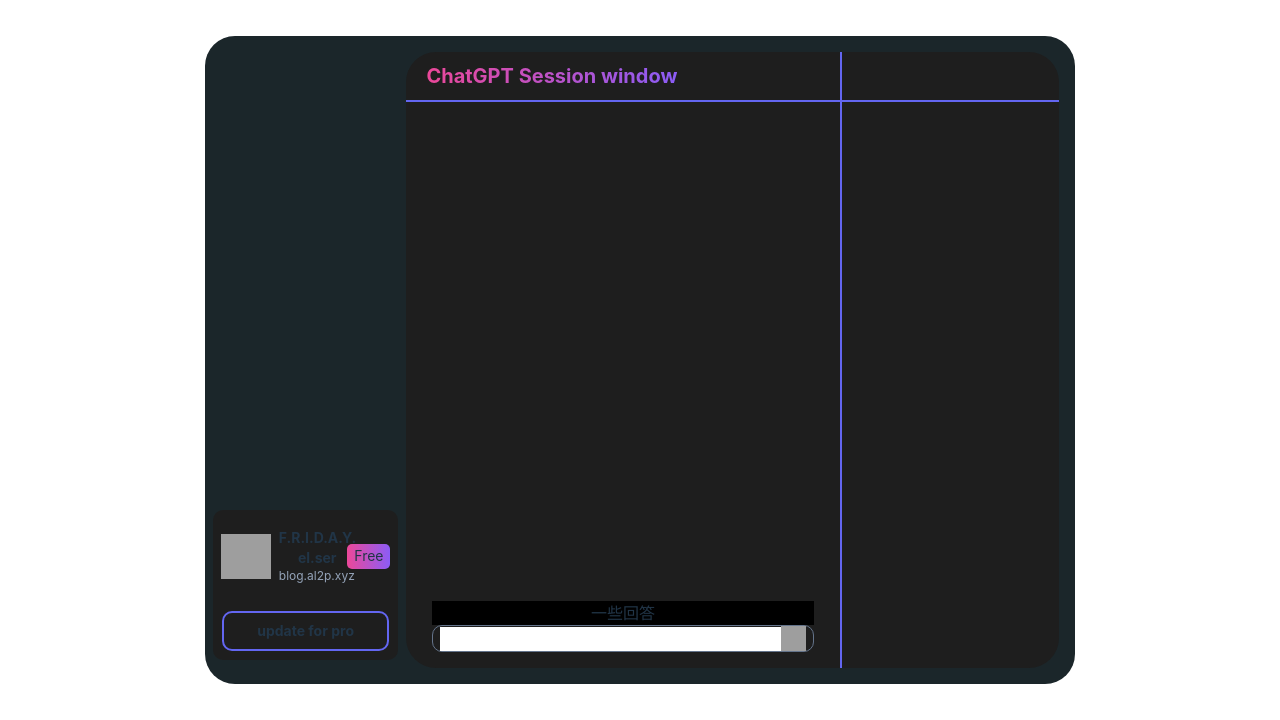
Repository: yezhonghu0503/chatgpt-vue-lac
Page: /
These files come from the project's save history. The page is drawn as it stood at one moment and after the next save; the edit follows.
The browser window is 1280 px wide. The pictures show the whole page.
Pictures or frames that could not be fetched are drawn as grey boxes. The project was rebuilt for these pictures with package versions that can differ from the ones it lists, and the page was loaded fresh each time. Also part of the build but not shown: vite.config.ts.

Above is the page before, as saved 2023-05-18 18:59:15.

### src/style.css
@tailwind base;
@tailwind components;
@tailwind utilities;

:root {
  font-family: Inter, system-ui, Avenir, Helvetica, Arial, sans-serif;
  line-height: 1.5;
  font-weight: 400;

  color-scheme: light dark;
  color: rgba(255, 255, 255, 0.87);
  /* background-color: #242424; */
  background-color: #8e989a;

  font-synthesis: none;
  text-rendering: optimizeLegibility;
  -webkit-font-smoothing: antialiased;
  -moz-osx-font-smoothing: grayscale;
  -webkit-text-size-adjust: 100%;
}

a {
  font-weight: 500;
  color: #646cff;
  text-decoration: inherit;
}

a:hover {
  color: #535bf2;
}

body {
  margin: 0;
  display: flex;
  place-items: center;
  min-width: 320px;
  min-height: 100vh;
}

h1 {
  font-size: 3.2em;
  line-height: 1.1;
}

button {
  border-radius: 8px;
  border: 1px solid transparent;
  padding: 0.6em 1.2em;
  font-size: 1em;
  font-weight: 500;
  font-family: inherit;
  background-color: #1a1a1a;
  cursor: pointer;
  transition: border-color 0.25s;
}

button:hover {
  border-color: #646cff;
}

button:focus,
button:focus-visible {
  outline: 4px auto -webkit-focus-ring-color;
}

textarea {
  border: none;
  background-color: transparent;
}

textarea[type="checkbox"]:checked,

textarea:focus {
  outline: none;
  background-color: transparent;
}

.card {
  padding: 2em;
}

#app {
  margin: 0 auto;
  padding: 2rem;
  text-align: center;
}

@media (prefers-color-scheme: light) {
  :root {
    color: #213547;
    background-color: #ffffff;
  }

  a:hover {
    color: #747bff;
  }

  button {
    background-color: #f9f9f9;
  }
}

### src/App.vue
<script setup lang="ts">
import chat from './pages/chat.vue';
</script>

<template>
  <chat />
</template>

<style scoped></style>

### src/pages/chat.vue
<template>
    <div class="w-[68vw] h-[90vh] bg-rg-chat-border rounded-[30px] flex justify-end p-4 pl-0">
        <chatMenu />
        <chatMain />

    </div>
</template>
<script lang="ts" setup>
import chatMain from '../components/chat-main/chatMain.vue';
import chatMenu from '../components/chat-menu/chatMenu.vue'
</script>
<style lang="less" scoped></style>

### src/components/chat-main/chatMain.vue
<template>
  <div class="w-[51vw] h-[100%] bg-rg-chat rounded-[30px] flex">
    <div class="flex flex-col w-[34vw] h-[100%] border-r-2 border-indigo-500">
      <div
        class="w-[100%] h-[50px] border-b-2 border-indigo-500 flex justify-start items-center p-5"
      >
        <span
          class="text-xl font-bold text-transparent bg-clip-text bg-gradient-to-r from-pink-500 to-violet-500"
          >ChatGPT Session window</span
        >
      </div>
      <div class="flex flex-col justify-end items-center w-[100%] h-[100%] p-4">
        <div class="w-[95%] bg-black">
          {{ msg }}
          <img src="" alt="" />
        </div>
        <div
          class="flex w-[95%] items-center justify-center rounded-[10px] border-[1px] border-slate-500"
        >
          <input class="w-[90%]" type="text" />
          <img
            class="w-[25px] h-[25px]"
            src="https://blog.al2p.xyz/upload/send.png"
            alt=""
          />
        </div>
      </div>
    </div>
    <div class="w-[17vw] h-[50px] border-b-2 border-indigo-500"></div>
  </div>
</template>

<script lang="ts" setup>
const msg: string = "一些回答";
</script>

### src/components/chat-menu/chatMenu.vue
<template>
  <div class="w-[17vw] h-[100%] flex justify-center items-end p-2">
    <div
      class="w-[100%] h-[150px] bg-rg-chat flex flex-col justify-around items-center rounded-[10px]"
    >
      <div class="w-[100%] h-[75px] flex justify-between items-center p-2">
        <div class="flex items-center">
          <img
            class="w-[50px] h-[45px]"
            src="https://blog.al2p.xyz/upload/laclogo.png"
          />
          <div class="flex flex-col items-start ml-2">
            <div class="text-sm font-bold">F.R.I.D.A.Y. el.ser</div>
            <div class="text-xs text-slate-400">blog.al2p.xyz</div>
          </div>
        </div>
        <div
          class="flex justify-center rounded-[5px] text-sm items-center w-[60px] h-[25px] bg-gradient-to-r from-pink-500 to-violet-500"
        >
          Free
        </div>
      </div>
      <div
        class="text-sm flex items-center justify-center w-[13vw] h-[40px] rounded-[10px] border-2 border-indigo-500 font-bold"
      >
        update for pro
      </div>
    </div>
  </div>
</template>

<script lang="ts" setup></script>

<style lang="less" scoped></style>

### tailwind.config.js
/** @type {import('tailwindcss').Config} */
export default {
  content: [
    "./index.html",
    "./src/**/*.{vue,js,ts,jsx,tsx}",
  ],
  theme: {
    extend: {
      colors: {
        'rg-chat': 'rgb(30,30,30)',
        'rg-chat-border': 'rgb(27,38,42)'
      }
    }
  },
  plugins: [],
}

Loaded but not shown: index.html (common file); src/main.ts (common file)

After the next save:
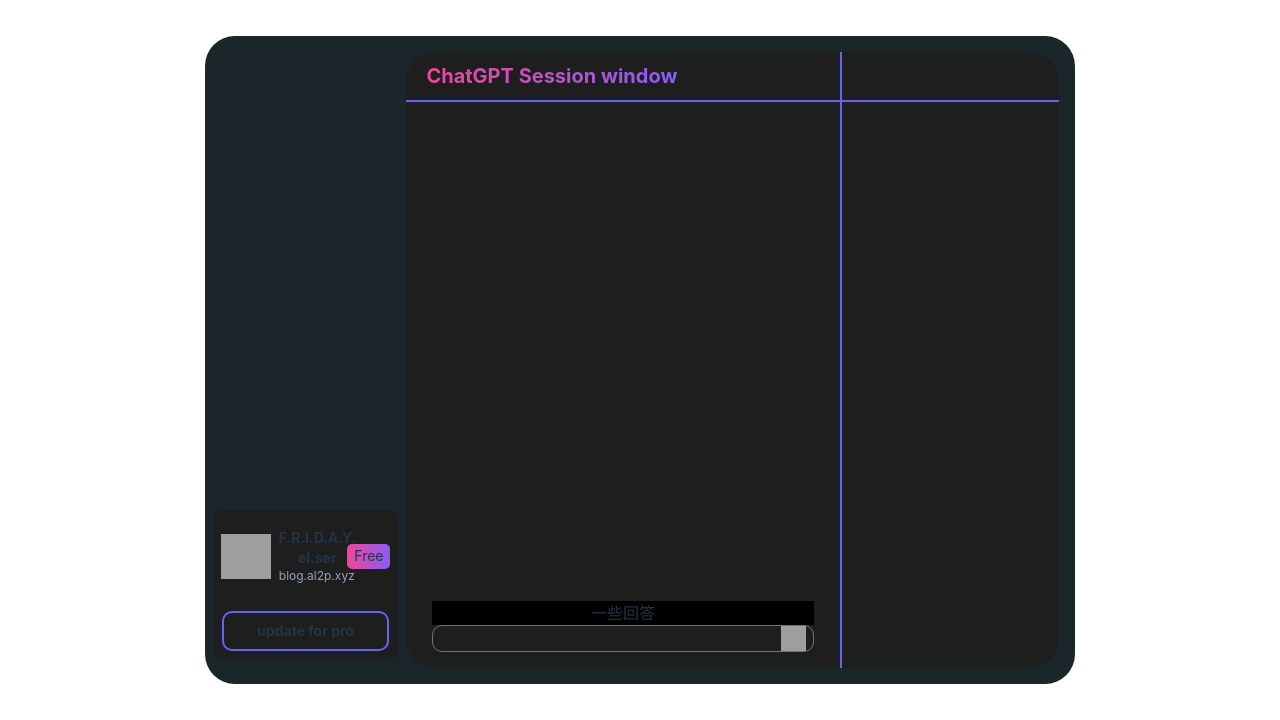
Saved 17 s later.
--- a/src/style.css
+++ b/src/style.css
@@ -63,14 +63,14 @@
   outline: 4px auto -webkit-focus-ring-color;
 }
 
-textarea {
+input {
   border: none;
   background-color: transparent;
 }
 
-textarea[type="checkbox"]:checked,
+input[type="checkbox"]:checked,
 
-textarea:focus {
+input:focus {
   outline: none;
   background-color: transparent;
 }
